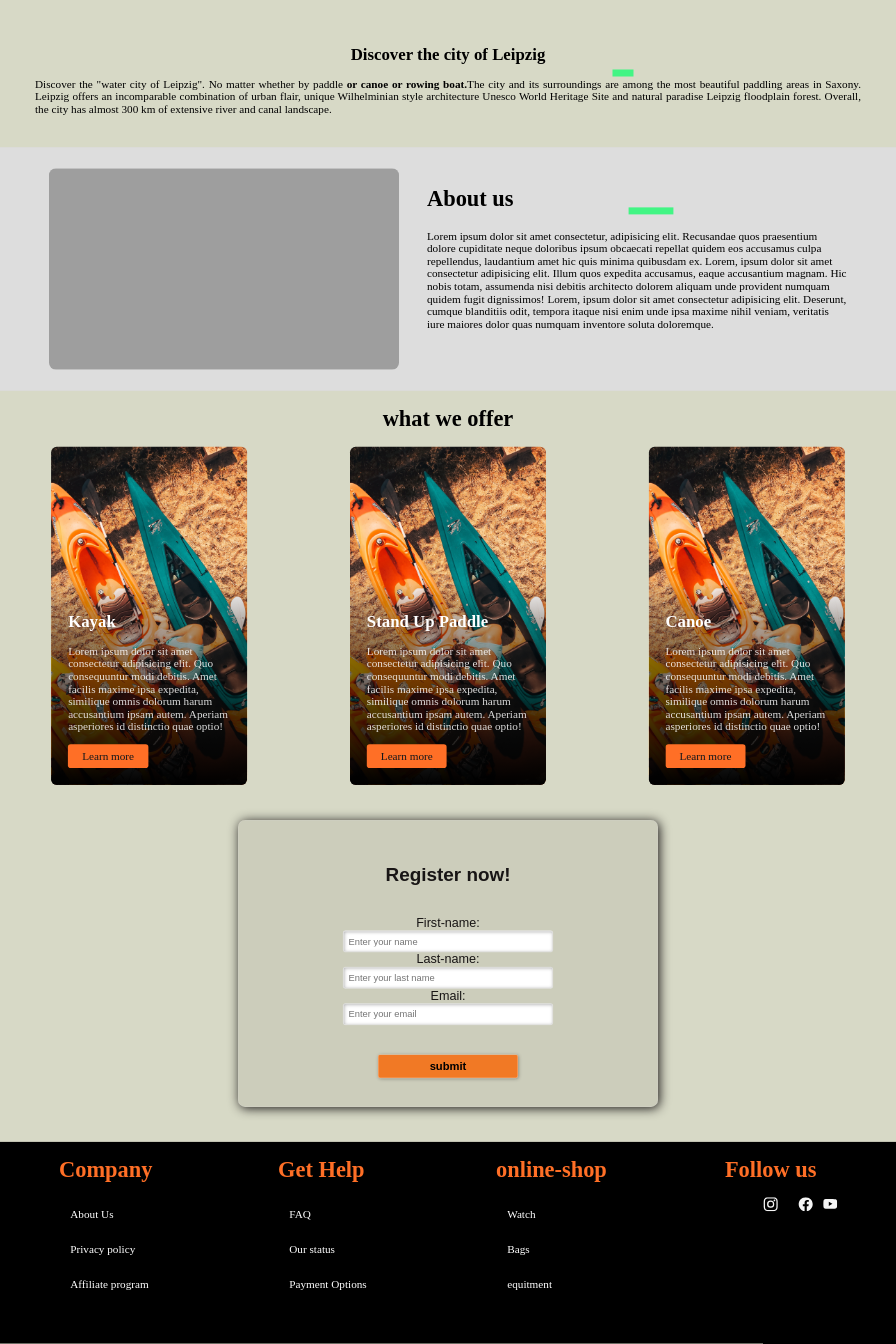
Repository: joseluis2289/Responsive-club-website
Page: index.html
The author's editor kept a copy of each file at every save. The page is drawn from the files as they stood at one save, then again after the next save.
The browser window is 1280 px wide. The pictures show the part of the page from y = 775 to 2695 px (the page is 2695 px tall before and 2675 px after), at 70% of full size.
Pictures or frames that could not be fetched are drawn as grey boxes.

Above is the page before, as saved 2021-08-25 00:10:34.

### index.html
<!DOCTYPE html>
<html lang="en">
<head>
    <meta charset="UTF-8">
    <meta http-equiv="X-UA-Compatible" content="IE=edge">
    <meta name="viewport" content="width=device-width, initial-scale=1.0">
    <link rel="stylesheet" href="style.css">
    <script src="script.js" defer></script>
    <title>Responsive-Club-website</title>
</head>
<body>

    <nav class="navbar">
        <!-- hamburger toggle -->
        <div class="brand-title">Club-Website</div>
        <a href="#" class="toggle-button">
            <span class="bar"></span>
            <span class="bar"></span>
            <span class="bar"></span>
        </a>

        <div class="nav-links">
            <ul>
                <li><a href="#">Home</a></li>
                <li><a href="#">About</a></li>
                <li><a href="#">Contact</a></li>
            </ul>
        </div>
    </nav>
<div class="banner"></div>

<section class="welcome">
    <h1 class="discover-title">Discover the city of Leipzig</h1>
    <p class="p-discover">Discover the "water city of Leipzig". No matter whether by paddle <strong>or canoe or rowing boat.</strong>The city and its surroundings are among the most beautiful paddling areas in Saxony. Leipzig offers an incomparable combination of urban flair, unique Wilhelminian style architecture Unesco World Heritage Site and natural paradise Leipzig floodplain forest. Overall, the city has almost 300 km of extensive river and canal landscape.</p>

</section>

<!-- about us section -->
<div class="grid-container-about">
    <img class="grid-item-img" src="./Cosmetics Discount Sale Landscape Banner.png" alt="about">
    <div class="grid-item-text"><h1><a class="aboutUs-title" href="#">About us</a></h1><p class="aboutUs-text"> Lorem ipsum dolor sit amet consectetur, adipisicing elit. Recusandae quos praesentium dolore cupiditate neque doloribus ipsum obcaecati repellat quidem eos accusamus culpa repellendus, laudantium amet hic quis minima quibusdam ex. Lorem, ipsum dolor sit amet consectetur adipisicing elit. Illum quos expedita accusamus, eaque accusantium magnam. Hic nobis totam, assumenda nisi debitis architecto dolorem aliquam unde provident numquam quidem fugit dignissimos! Lorem, ipsum dolor sit amet consectetur adipisicing elit. Deserunt, cumque blanditiis odit, tempora itaque nisi enim unde ipsa maxime nihil veniam, veritatis iure maiores dolor quas numquam inventore soluta doloremque.</p></div>
</div>



<h1 class="tittle-what-we-offer">what we offer</h1>
<div class="card-container">
    <div class="card">
        <div class="card-content">
        <h2 class="card-title">Kayak</h2>
        <p class="card-body">Lorem ipsum dolor sit amet consectetur adipisicing elit. Quo consequuntur modi debitis. Amet facilis maxime ipsa expedita, similique omnis dolorum harum accusantium ipsam autem. Aperiam asperiores id distinctio quae optio!</p>
        <a href="#" class="button">Learn more</a>
    </div>
    </div>

    <div class="card">
        <div class="card-content">
        <h2 class="card-title"> Stand Up Paddle</h2>
        <p class="card-body">Lorem ipsum dolor sit amet consectetur adipisicing elit. Quo consequuntur modi debitis. Amet facilis maxime ipsa expedita, similique omnis dolorum harum accusantium ipsam autem. Aperiam asperiores id distinctio quae optio!</p>
        <a href="#" class="button">Learn more</a>
    </div>
    </div>


    <div class="card">
        <div class="card-content">
        <h2 class="card-title">Canoe</h2>
        <p class="card-body">Lorem ipsum dolor sit amet consectetur adipisicing elit. Quo consequuntur modi debitis. Amet facilis maxime ipsa expedita, similique omnis dolorum harum accusantium ipsam autem. Aperiam asperiores id distinctio quae optio!</p>
        <a href="#" class="button">Learn more</a>
    </div>
    </div>

</div>

<section class="register">
    <form id="register" action="#">
        <h2 class="register-title">Register now!</h2>
        <label for="first-name">First-name:</label>
        <br/>
        <input type="text" name="first-name" id='name' placeholder="Enter your name">
        <br/>
        <label for="last-name">Last-name:</label>
        <br/>
        <input type="text" name="last-name" id="name" placeholder="Enter your last name">
        <br/>
        <label for="email">Email:</label>
        <br/>
        <input type="text" name="email" id="name" placeholder="Enter your email">
        <br/>&nbsp;
        <br/> <br/>
    <input type="submit" value="submit" name="submit" id="submit">
    </form>
</section>

<footer class="footer">
    <div class="footer-sections">
        <div class="company">
            <ul>
                <h1 class="company-title">Company</h1>
                <li><a href="#">About Us</a></li>
                <li><a href="#">Privacy policy</a></li>
                <li><a href="#">Affiliate program</a></li>
            </ul>
        </div>
        <div class="get-help">
            <h1 class="help-title">Get Help</h1>
            <ul>
                <li><a href="#">FAQ</a></li>
                <li><a href="#">Our status</a></li>
                <li><a href="#">Payment Options</a></li>
            </ul>
        </div>
        <div class="online-shop">
            <h1 class="shop-title">online-shop</h1>
            <ul >
                <li><a href="#">Watch</a></li>
                <li><a href="#">Bags</a></li>
                <li><a href="#">equitment</a></li>
            </ul>
        </div>
        <div class="follow-us">
            <h1 class="followUs-title">Follow us</h1>
            <ul class="follow-us-list">

              <li><svg xmlns="http://www.w3.org/2000/svg" width="50" height="20" fill="currentColor" class="bi bi-instagram" viewBox="0 0 16 16">
                <path d="M8 0C5.829 0 5.556.01 4.703.048 3.85.088 3.269.222 2.76.42a3.917 3.917 0 0 0-1.417.923A3.927 3.927 0 0 0 .42 2.76C.222 3.268.087 3.85.048 4.7.01 5.555 0 5.827 0 8.001c0 2.172.01 2.444.048 3.297.04.852.174 1.433.372 1.942.205.526.478.972.923 1.417.444.445.89.719 1.416.923.51.198 1.09.333 1.942.372C5.555 15.99 5.827 16 8 16s2.444-.01 3.298-.048c.851-.04 1.434-.174 1.943-.372a3.916 3.916 0 0 0 1.416-.923c.445-.445.718-.891.923-1.417.197-.509.332-1.09.372-1.942C15.99 10.445 16 10.173 16 8s-.01-2.445-.048-3.299c-.04-.851-.175-1.433-.372-1.941a3.926 3.926 0 0 0-.923-1.417A3.911 3.911 0 0 0 13.24.42c-.51-.198-1.092-.333-1.943-.372C10.443.01 10.172 0 7.998 0h.003zm-.717 1.442h.718c2.136 0 2.389.007 3.232.046.78.035 1.204.166 1.486.275.373.145.64.319.92.599.28.28.453.546.598.92.11.281.24.705.275 1.485.039.843.047 1.096.047 3.231s-.008 2.389-.047 3.232c-.035.78-.166 1.203-.275 1.485a2.47 2.47 0 0 1-.599.919c-.28.28-.546.453-.92.598-.28.11-.704.24-1.485.276-.843.038-1.096.047-3.232.047s-2.39-.009-3.233-.047c-.78-.036-1.203-.166-1.485-.276a2.478 2.478 0 0 1-.92-.598 2.48 2.48 0 0 1-.6-.92c-.109-.281-.24-.705-.275-1.485-.038-.843-.046-1.096-.046-3.233 0-2.136.008-2.388.046-3.231.036-.78.166-1.204.276-1.486.145-.373.319-.64.599-.92.28-.28.546-.453.92-.598.282-.11.705-.24 1.485-.276.738-.034 1.024-.044 2.515-.045v.002zm4.988 1.328a.96.96 0 1 0 0 1.92.96.96 0 0 0 0-1.92zm-4.27 1.122a4.109 4.109 0 1 0 0 8.217 4.109 4.109 0 0 0 0-8.217zm0 1.441a2.667 2.667 0 1 1 0 5.334 2.667 2.667 0 0 1 0-5.334z"/>
              </svg></li>
              <li>

                  <svg xmlns="http://www.w3.org/2000/svg" width="50" height="20" fill="currentColor" class="bi bi-facebook" viewBox="0 0 16 16">
                    <path d="M16 8.049c0-4.446-3.582-8.05-8-8.05C3.58 0-.002 3.603-.002 8.05c0 4.017 2.926 7.347 6.75 7.951v-5.625h-2.03V8.05H6.75V6.275c0-2.017 1.195-3.131 3.022-3.131.876 0 1.791.157 1.791.157v1.98h-1.009c-.993 0-1.303.621-1.303 1.258v1.51h2.218l-.354 2.326H9.25V16c3.824-.604 6.75-3.934 6.75-7.951z"/>
                  </svg>
              </li>
              <li>

                  <svg xmlns="http://www.w3.org/2000/svg" width="20" height="20" fill="currentColor" class="bi bi-youtube" viewBox="0 0 16 16">
                    <path d="M8.051 1.999h.089c.822.003 4.987.033 6.11.335a2.01 2.01 0 0 1 1.415 1.42c.101.38.172.883.22 1.402l.01.104.022.26.008.104c.065.914.073 1.77.074 1.957v.075c-.001.194-.01 1.108-.082 2.06l-.008.105-.009.104c-.05.572-.124 1.14-.235 1.558a2.007 2.007 0 0 1-1.415 1.42c-1.16.312-5.569.334-6.18.335h-.142c-.309 0-1.587-.006-2.927-.052l-.17-.006-.087-.004-.171-.007-.171-.007c-1.11-.049-2.167-.128-2.654-.26a2.007 2.007 0 0 1-1.415-1.419c-.111-.417-.185-.986-.235-1.558L.09 9.82l-.008-.104A31.4 31.4 0 0 1 0 7.68v-.123c.002-.215.01-.958.064-1.778l.007-.103.003-.052.008-.104.022-.26.01-.104c.048-.519.119-1.023.22-1.402a2.007 2.007 0 0 1 1.415-1.42c.487-.13 1.544-.21 2.654-.26l.17-.007.172-.006.086-.003.171-.007A99.788 99.788 0 0 1 7.858 2h.193zM6.4 5.209v4.818l4.157-2.408L6.4 5.209z"/>
                  </svg>
              </li>
            </ul>
        </div>
    </div>
</footer>
</body>
</html>

### style.css
:root{
    --clr-neutral-900: hsl(207,19%,9%);
    --crl-neutral-100: hsl(0,0%,100%);
    --crl-accent-400: hsl(142, 90%, 61%);
    --crl-accent-300: hsl(20.18, 100%, 57.45%);

}

*,
*::before,
*::after {
    box-sizing: border-box;
}


*{
    box-sizing: border-box;
}

body{
    margin: 0;
    border: 0;
    background-color:#D7D9C6;
}

.navbar{
    display: flex;
    justify-content: space-between;
    align-items: center;
    background-color: #333;
    color: white;
    font-family: 'Poppins', sans-serif;

}

.brand-title{
    font-size: 1.6rem;
    margin: .5rem;
    text-transform: uppercase;
    letter-spacing: 4px;
    -webkit-box-shadow: 0 10px 6px -6px rgb(80, 73, 73);
    -moz-box-shadow:0 10px 6px -6px rgb(114, 110, 110);
    box-shadow: 0 10px 6px -6px rgb(136, 133, 133);
    border-radius:10px;
}

.nav-links ul {
    margin: 0;
    padding: 0;
    display: flex;
}
.nav-links li {
    list-style: none;
}

.nav-links li a {
    text-decoration: none;
    color: white;
    padding: 1rem;
    display: block;
}
.nav-links li:hover{
    background-color:#555;
}

.toggle-button {
    position: absolute;
    top: .75rem;
    right: 1rem;
    display: none;
    flex-direction: column;
    justify-content: space-between;
    width: 30px;
    height: 22px;
}

.toggle-button .bar {
    height: 3px;
    width: 100%;
    background-color: white;
    border-radius: 10px;
}

.banner{
    background-image: url("/Cosmetics\ Discount\ Sale\ Landscape\ Banner.png");
    background-repeat: no-repeat;
    background-position: cover;
    background-size: 100% 100vh;
    height: 100vh;
}

/* discover the city of Leipzig */
.welcome{
    text-align: center;
    height: 30vh;
    width:auto;
    margin: auto;
    padding: 50px;

}
.p-discover{
    text-align: justify;
    text-justify: inter-word;



}
.discover-title{
    display: block;
    position: relative;
    cursor: pointer;
}
.discover-title::after{
    content:"";
    position: absolute;
    left: 690px;
    background: var(--crl-accent-400);
    display: block;
    border: 0;
    margin: 0.5rem 0;
    width:300px;
    height: 10px;
    transform: scaleX(0.1);
    transition: transform 0.4s ease;

}

.discover-title:hover:after,
.discover-title:active:after{
    transform: scaleX(1);
    transform-origin: left;
    transition: transform 0.5s ease;
}


.grid-container-about{
    background-color: #ddd;
    display: grid;
    grid-template-columns: auto auto;
    padding: 30px;
    column-gap: 40px;

}
.grid-item-img{
    margin: 0 0 0 auto;
    width: 500px;
    height: 40vh;
    border-radius:10px;

}
.aboutUs-text{
    width: 600px;
}

/* about us  */

.aboutUs-title{
color: #000;
text-decoration: none;
border: 0;
margin: 0.5rem 0;
line-height: 1.4;
display: block;
position: relative;
}

.aboutUs-title:after{
    position: absolute;
    content: "";
    background: var(--crl-accent-400);
    display: block;
    left:0;
    bottom:0;
    line-height: 1.4;
    width:100%;
    height: 10px;
    transform: scaleX(0.1);
    transition: transform 0.4s ease;

}

.aboutUs-title:hover:after,
.aboutUs-title:active:after{
    transform: scaleX(1);
    transform-origin: left bottom;
    transition: transform 0.5s ease;
}



/* what we offer cards */
.tittle-what-we-offer{
    text-align: center;
}

.card-container{
    display: flex;
    justify-content: space-around;
}

.card{
    color: var(--crl-neutral-100);
    background-image: url(./we-offer.jpg);
    background-size: cover;
    padding: 12rem 0 0;
    /* ch is 35 character wide */
    max-width: 35ch;
    border-radius: 0.5rem;
    overflow: hidden;
    transition: transform 500ms ease;

}

.card:hover{
    transform: scale(1.05);
}



.card-content{
    /* this variable only exist within the card content */
    --padding: 1.5rem;
    padding: var(--padding);
    /* here im appying some saturation and opacity of the backgroud card in order to king of fade it out */
    background: linear-gradient(
        hsl(0 0% 0% / 0),
        hsl(0 0% 0% / 0.3) 20%,
        hsl(0 0% 0% / 1)
    );
}

.card-title{
    position: relative;
    /* max-content it line up the with of the title */
    width: max-content;


}

.card-title::after{
    content:"";
    position: absolute;
    height: 4px;
    /* here I'm moving the green bar to the left in order to animate */
    left: calc(var(--padding) * -1 );
    bottom: 0;
    width: calc(100% + var(--padding));
    background: var(--crl-accent-400);
    /* here I'm animating the green bar from left to right */
    transform-origin: left;
    transform: scaleX(0);
    transition: transform 500ms ease;
}

.card:hover .card-title::after{
    transform: scaleX(1);
}

.card-body{
    color: rgb(255 255 255 / 0.85);
}

.button{
    cursor:pointer;
    display: inline-block;
    padding: 0.5em 1.3em;
    text-decoration: none;
    color: var(--clr-neutral-900);
    background-color: var(--crl-accent-300);
    padding: 0.5em 1.25em;
    border-radius: 0.25em;
}


.button:hover,
.button:focus {
    background-color: var(--crl-neutral-100);
}

/* register */
.register-title{
    text-align: center;
    padding: 20px;
    font-family:'Poppins', sans-serif;
}
#register{

    background-color:rgba(0, 0, 0, 0.05);
    width: 600px;
    font-size: 18px;
    border-radius:10px;
    border:1px solid rgba(214, 210, 210, 0.3);
    box-shadow: 2px 2px 15px;
    color:rgb(24, 21, 21);
    margin: 50px auto;
    text-align: center;
    padding: 20px;
    transition: transform 500ms ease;

}
#register:hover{
    transform: scale(1.05);

    transition: 0.3s;
}
label{
    font-family:'Poppins', sans-serif;
    font-size: 18px;
}
input#name{
    width: 300px;
    border: 1px solid #ddd;
    border-radius: 3px;
    outline: 0;
    padding: 7px;
    background-color: #fff;
    box-shadow: inset 1px 1px 5px
    rgba(0,0,0,0.3);
}


input#submit{
    width: 200px;
    padding: 7px;
    font-size: 16px;
    font-family: sans-serif;
    font-weight: 600;
    border: none;
    border-radius:3px;
    background-color:rgba(250, 100, 0, 0.8);
    color:black;
    cursor:pointer;
    border:1px solid rgba(255, 255, 255, 0.3);
    box-shadow: 1px 1px 5px rgba(0, 0, 0, 0.3);
    margin-bottom: 20px;
}

input#submit:hover,
input#submit:focus {
    background-color: var(--crl-neutral-100);
}


/* footer */
.footer{
    width: 100%;
    height: 40vh;
    background-color:#000;
    color:whitesmoke;
}
.footer-sections{
    display: flex;
    justify-content: space-around;

}
.company-title{
    color:var(--crl-accent-300);
}
.company ul{
    margin: 0;
    padding: 0;
}
.company li{
    list-style: none;
}
.company li a {
    text-decoration: none;
    color: white;
    padding: 1rem;
    display: block;
}
.help-title{
    color:var(--crl-accent-300);
}
.get-help ul{
    margin: 0;
    padding: 0;
}

.get-help li{
    list-style: none;
}
.get-help li a {
    text-decoration: none;
    color: white;
    padding: 1rem;
    display: block;
}

.shop-title{
    color: var(--crl-accent-300);
}

.online-shop ul{
    margin: 0;
    padding: 0;
}
.online-shop li{
    list-style: none;
}

.online-shop li a {
    text-decoration: none;
    color: white;
    padding: 1rem;
    display: block;
}

.followUs-title{
    color:var(--crl-accent-300);
}
.follow-us-list{
    display: flex;

}
.follow-us-list li{
    list-style: none;
}

 @media(min-width: 320px) and (max-width: 600px){

   .toggle-button{
        display: flex;
    }

    .nav-links{
        display: none;
        width: 100%;
    }

    .navbar{
        flex-direction: column;
        align-items: flex-start;
        width: 100%;
    }

    .nav-links ul {
        width: 100%;
        flex-direction: column;

    }
    .nav-links li {
        text-align: center;
    }
    .nav-links li a {
        padding: .5rem 1rem;
    }
    .nav-links.active{
        display: flex;

    }


    .banner{
        background-image: url("/Cosmetics\ Discount\ Sale\ Landscape\ Banner.png");
        background-repeat: no-repeat;
        background-position: cover;
        background-size: 100% 100vh;
        height: 80vh;
        width: 100%;
    }
    .discover-title::after{
        left: 20px;
    }

    .p-discover{
        text-align: justify;
        text-justify: inter-word;
        padding: 20px;

    }
    .grid-container-about{
        margin: 160px 0 0px 0px;
        background-color: #ddd;
        display: grid;
        grid-template-columns: 1fr;

    }
    .grid-item-img{
         width:auto;
         margin: 40px auto 0 0;
    }

    .aboutUs-title{
        padding: 10px;
    }
    .aboutUs-text{
        text-align: justify;
        text-justify: inter-word;
        width: 370px;
        padding: 10px;

    }
    .card-container{
        display: flex;
        flex-direction: column;


    }
    .card{
        margin: 20px auto;
    }


    #register{
        width: 300px;
    }

    input#name{
        width: 200px;
    }
    .footer{
        width: 100%;
        height: 160vh;
        background-color:#000;
        color:var(--clr-neutral-900);
    }
    .footer-sections{
        display: flex;
        flex-direction: column;
        align-items: center;
        justify-content: center;


    }


}



@media (min-width: 601px) and (max-width: 767px){
    .navbar{
        width: 100%;
        flex-direction: row;
        justify-content: space-around;
        align-content: center;
    }
    .banner{
        background-image: url("/Cosmetics\ Discount\ Sale\ Landscape\ Banner.png");
        background-repeat: no-repeat;
        background-position:cover;
        background-size: 100% 100vh;
        height: 100vh;
        width: 100%;
    }

    .discover-title::after{
        left: 260px;
        margin: 0 0 30px;

    }
    .discover-title{
        width: 800px;
        text-align: center;
    }
    .p-discover{
        text-align: justify;
        text-justify: inter-word;
        width: 700px;
        padding: 0.7em 5em;
        margin:20px 0 0 60px;
        font-size: 20px;

    }
    .grid-container-about{
        width: 800px;
        margin: 150px 0;
        background-color: #ddd;
        display: grid;
        grid-template-columns: 1fr;
        padding: 90px;
    }
    .aboutUs-text{
        text-align: justify;
        text-justify: inter-word;
        width: 550px;
    }
    .card-container{
        display: flex;
        flex-direction: column;
    }
   .card{
  font-size: larger;
   margin: 0 0 30px 100px;

   }
   #register{
   font-size: 30px;
   margin:10px auto 25px 70px;

}

input#name{
    width: 300px;

}
label{
    font-family:'Poppins', sans-serif;

}

.footer{
    width: 100%;
    height: 100vh;
    background-color:#000;
    color:var(--clr-neutral-900);
}
.footer-sections{
    display: flex;
    flex-direction: column;
    align-items: center;
    justify-content: center;
}
}

@media (min-width: 768px) and (max-width: 1024px){

    .discover-title::after{
        left: 250px;
        margin: 0 0 30px;

    }
    .discover-title{
        width: 800px;
        text-align: center;
    }
    .p-discover{
        text-align: justify;
        text-justify: inter-word;
        width: 790px;
        padding: 0.7em 5em;
        margin:20px 0 0 10px;
        font-size: 20px;

    }

    .grid-container-about{


        background-color: #ddd;
        display: grid;
        grid-template-columns: 1fr 1fr;

    }
.grid-item-text{
    margin: 0 0 0 30px;
}

.card-container{
    display: flex;

    justify-content: space-between;

}
.card{
    margin: 0 10px 0px 30px;
}
.footer{
    width: 100%;
    height: 100vh;
    background-color:#000;
    color:var(--clr-neutral-900);
}
.footer-sections{
    display: flex;
    flex-direction: row;
    align-items: center;
    justify-content: center;
}

}

### script.js
const toggleButton = document.getElementsByClassName("toggle-button")[0]
const navBarLinks = document.getElementsByClassName("nav-links")[0]

toggleButton.addEventListener("click", () =>{
    // toggle the active class so If the active class does exist it will add it and viceversa
    navBarLinks.classList.toggle("active")
}
)

After the next save:
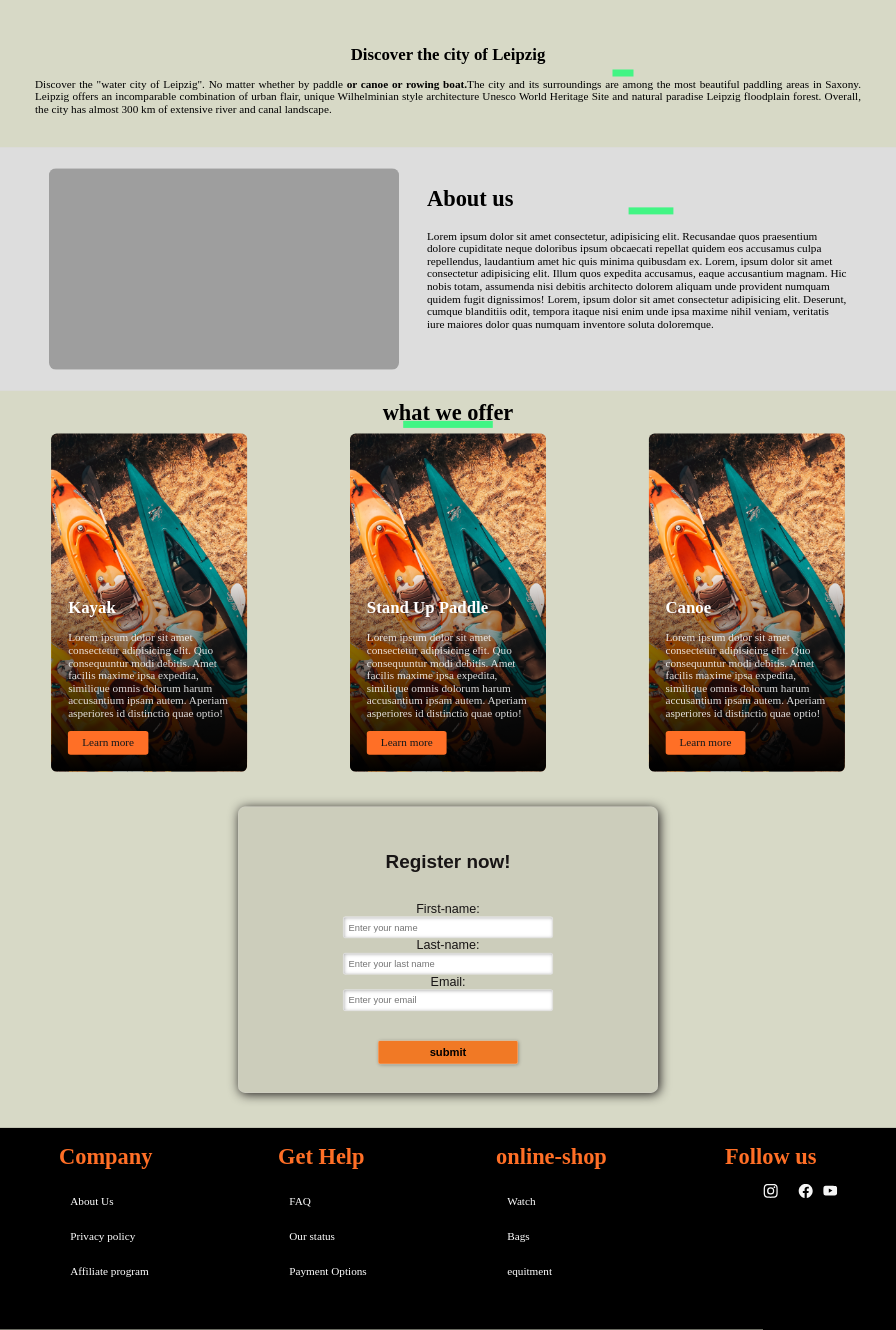
Saved 5 min 6 s later.
--- a/style.css
+++ b/style.css
@@ -186,7 +186,34 @@ position: relative;
     transition: transform 0.5s ease;
 }
 
-
+.tittle-what-we-offer{
+    color: #000;
+text-decoration: none;
+border: 0;
+margin: 0.5rem 0;
+line-height: 1.4;
+display: block;
+position: relative;
+}
+.tittle-what-we-offer::after{
+    position: absolute;
+    content: "";
+    background: var(--crl-accent-400);
+    display: block;
+    left:0;
+    bottom:0;
+    line-height: 1.4;
+    width:100%;
+    height: 10px;
+    transform: scaleX(0.1);
+    transition: transform 0.4s ease;
+}
+.tittle-what-we-offer:hover:after,
+.tittle-what-we-offer:active:after{
+    transform: scaleX(1);
+    transform-origin: left bottom;
+    transition: transform 0.5s ease;
+}
 
 /* what we offer cards */
 .tittle-what-we-offer{
@@ -221,7 +248,7 @@ position: relative;
     /* this variable only exist within the card content */
     --padding: 1.5rem;
     padding: var(--padding);
-    /* here im appying some saturation and opacity of the backgroud card in order to king of fade it out */
+    /* here im appying some saturation and opacity of the backgroud card in order to kind of fade it out */
     background: linear-gradient(
         hsl(0 0% 0% / 0),
         hsl(0 0% 0% / 0.3) 20%,
